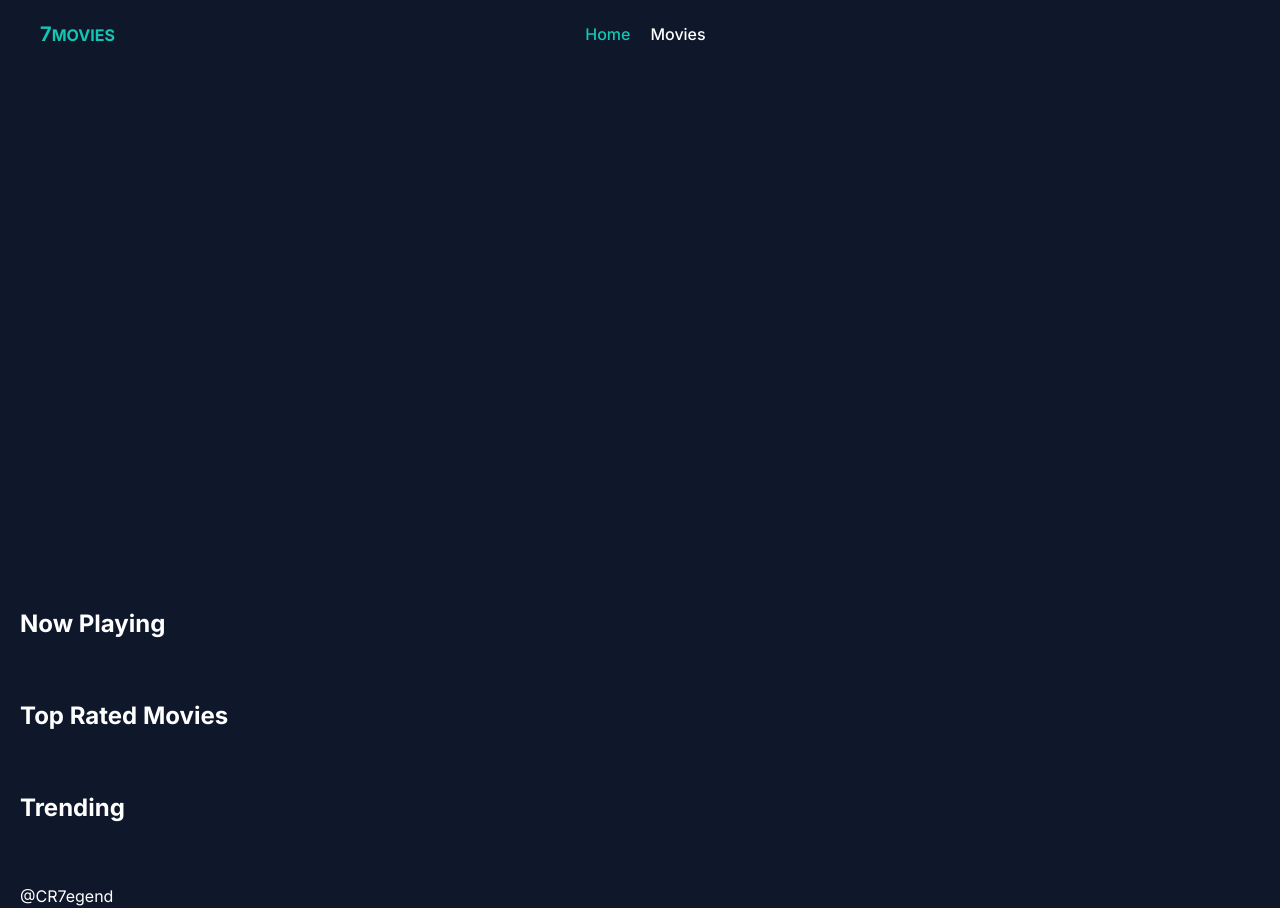
Repository: ajincome26/trailer-movies
Page: /
The author's editor kept a copy of each file at every save. The page is drawn from the files as they stood at one save, then again after the next save.
The browser window is 1280 px wide. The pictures show the whole page.
The page's requests for data from a server got no answer. The project was rebuilt for these pictures with package versions that can differ from the ones it lists, and the page was loaded fresh each time. No one was signed in, and anything a server would have sent is missing. Also part of the build but not shown: vite.config.js, src/utils/icons.jsx, src/components/banner/BannerItem.jsx, src/components/movie/MovieCard.jsx, src/hooks/useDebounce.jsx, src/pages/MoviePage.jsx, src/pages/MovieDetailsPage.jsx.

Above is the page before, as saved 2023-04-01 23:22:03.

After the next save:
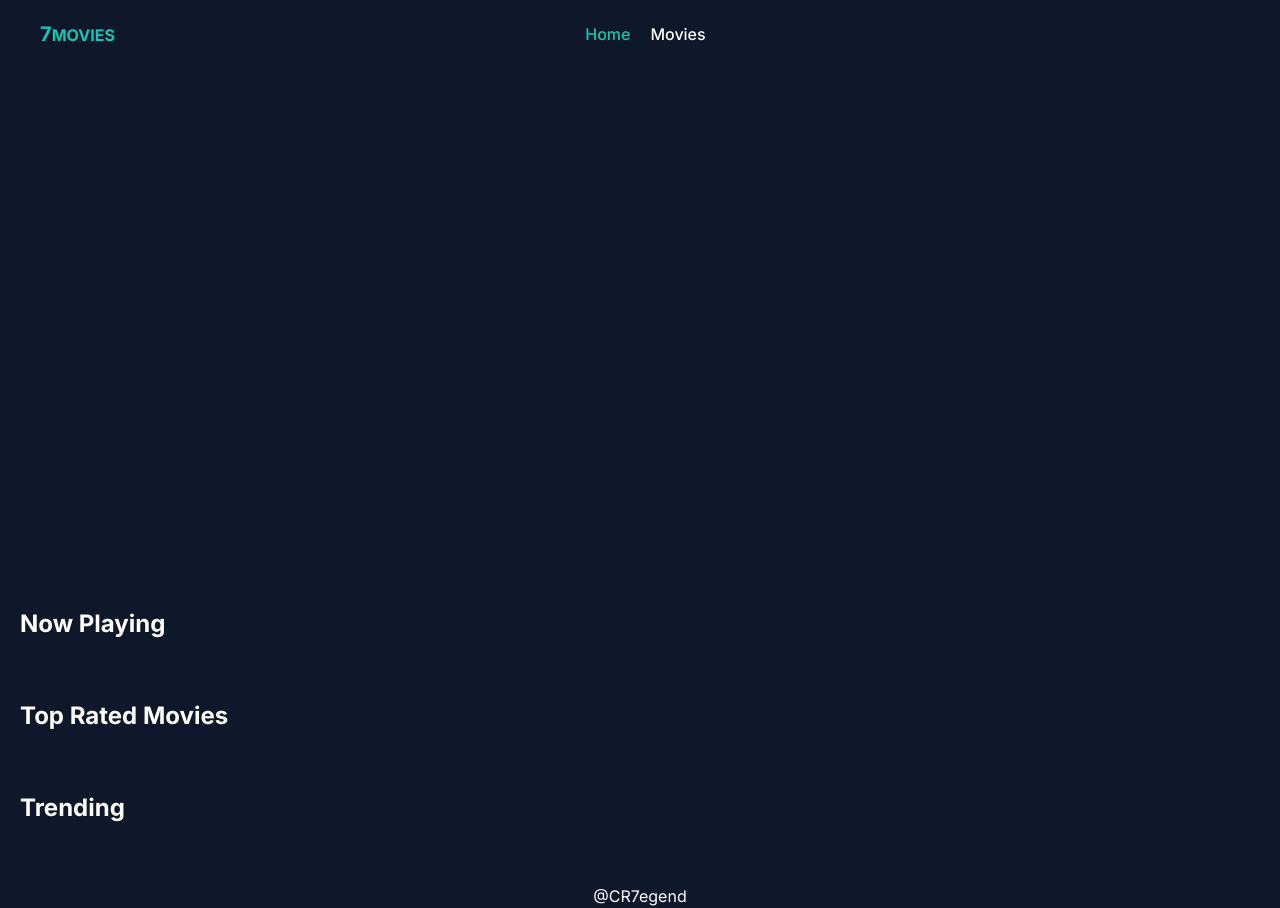
Saved 14 s later.
--- a/src/pages/HomePage.jsx
+++ b/src/pages/HomePage.jsx
@@ -26,7 +26,7 @@ const HomePage = () => {
         <MovieList type="popular" />
       </section>
 
-      <div>@CR7egend</div>
+      <div className="text-center">@CR7egend</div>
     </Fragment>
   );
 };
